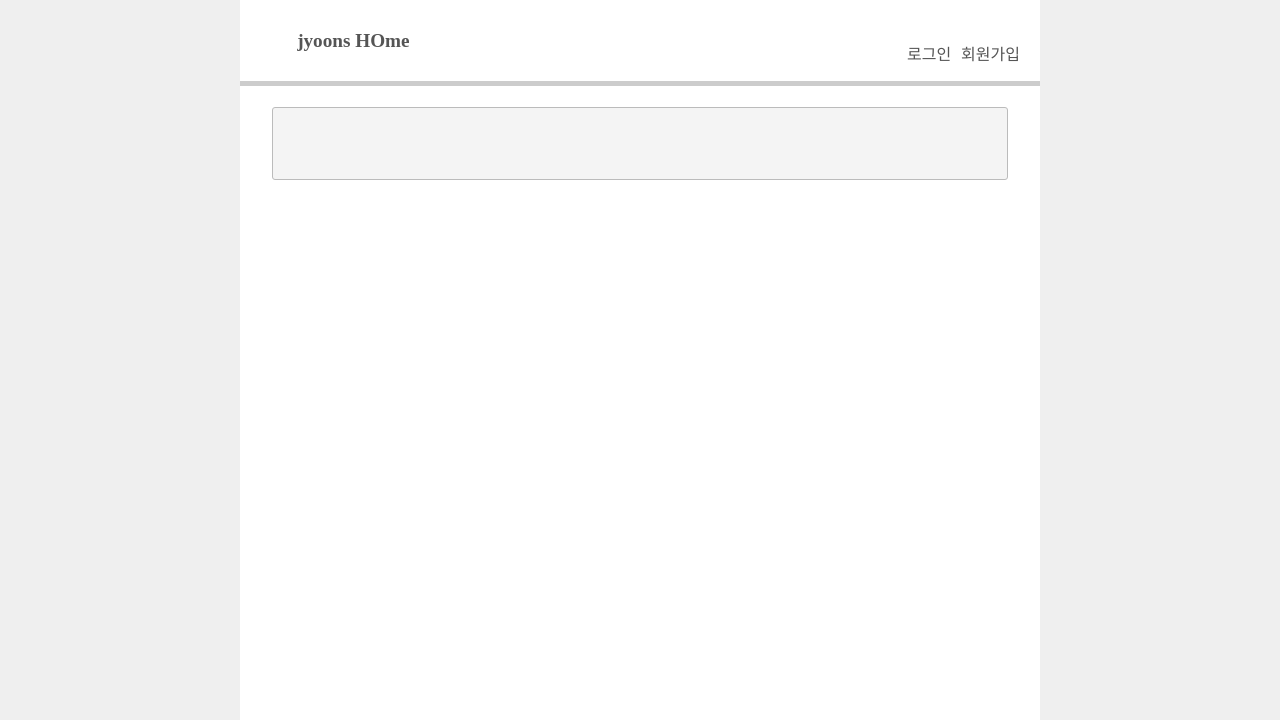
Repository: jyoons00/JSP-sample
Page: http://localhost/jspPro/days01/ex02_el_ok.jsp
An editor plug-in stored every save of this project. The page is shown before and after the next save, followed by the edit.
The browser window is 1280 px wide. The pictures show the whole page.
Some web fonts or font styles are not loaded; a fallback is used. The page is served by Tomcat 9.

Above is the page before, as saved 2024-10-15 03:26:57.

After the next save:
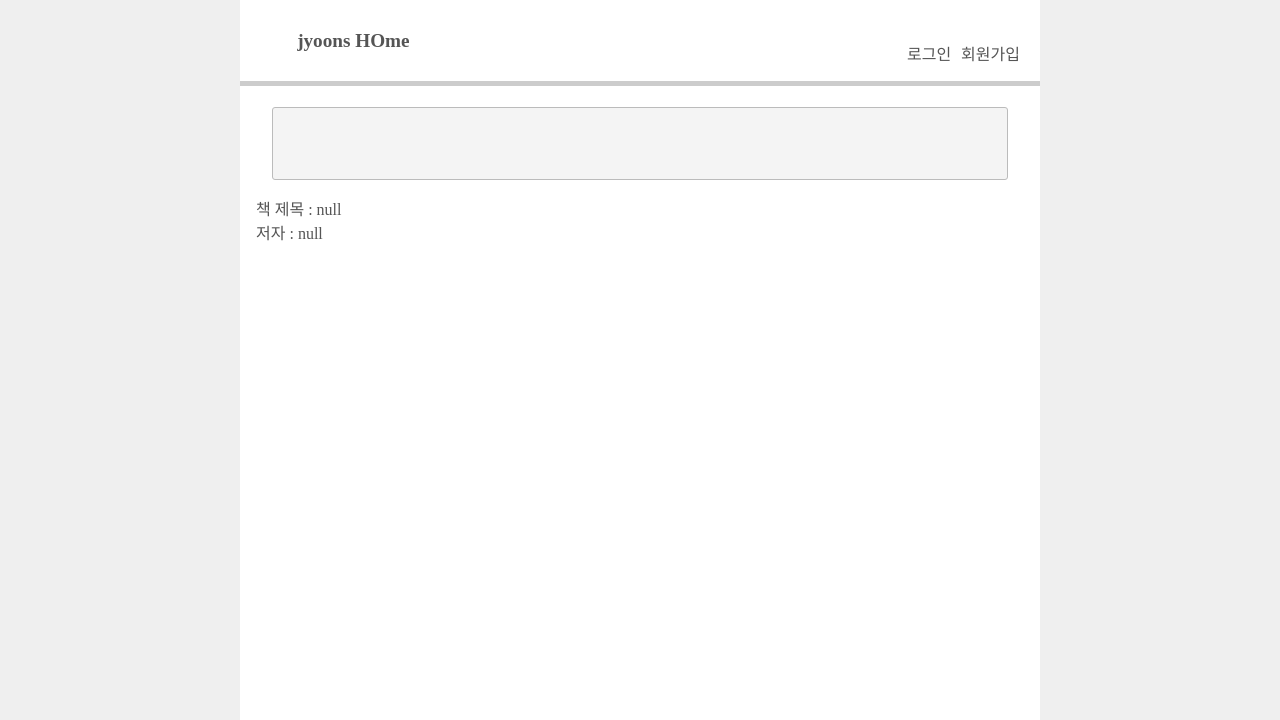
Saved 73 s later.
--- a/jspPro/src/main/webapp/days01/ex02_el_ok.jsp
+++ b/jspPro/src/main/webapp/days01/ex02_el_ok.jsp
@@ -42,6 +42,12 @@
       <xmp class="code">
 
   	  </xmp>
+
+  	  책 제목 : <%= title %><br>
+  	  저자 : <%= author %><br>
+
+  	  <a href="javascript:history.go(-1)"></a>
+
     </div>
 
   </body>
